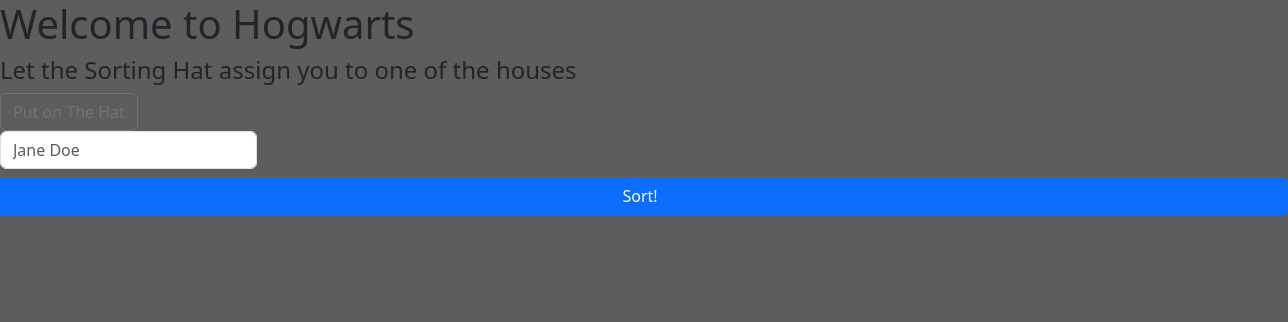
Repository: fernandabenavides618nash/INDIVIDUAL-PROJECT-sorting-hat
Page: index.html
The author's editor kept a copy of each file at every save. The page is drawn from the files as they stood at one save, then again after the next save.
The browser window is 1280 px wide. The page is 1288 px wide, then 1280 px, then 1288 px, so the pictures cover 1288 px, including what lies to the right of the window. The pictures show the whole page.
After loading, the first visible `#startButton` was clicked once.

Above is the page before, as saved 2023-05-03 20:49:07.

After the next save:
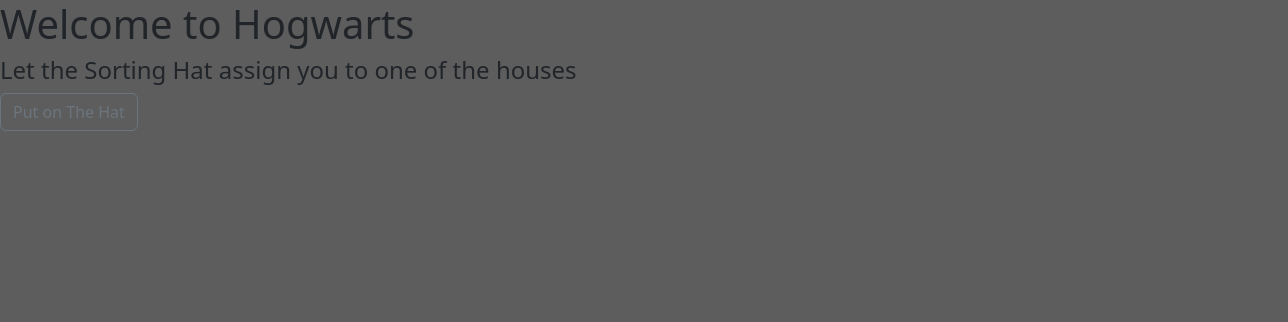
Console error: ReferenceError: enderToDom is not defined
Saved 117 s later.
--- a/main.js
+++ b/main.js
@@ -58,12 +58,13 @@
   renderToDom("#intro-screen", initialScreen);
   const showFormButton = document.querySelector("#startButton");
   showFormButton.addEventListener("click", () => {
-    const schoolString = `  <div class="students" id="students-div"><h3>Hogwarts</h3></div>
+    const schoolString = `<div class="students" id="students-div"><h3>Hogwarts</h3></div>
     <div class="expelled" id="expelled-div"><h3>Voldemorts</h3></div>`
+    enderToDom('#school-div', schoolString)
     renderToDom("#form-div", formHtml);
     const btnSort = document.querySelector('#sort')
     btnSort.addEventListener('click', () => {
-      renderToDom('#school-div', schoolString)
+      r
       const name = document.querySelector('#name').value
       createNewStudent(name)
     })

After the save that followed:
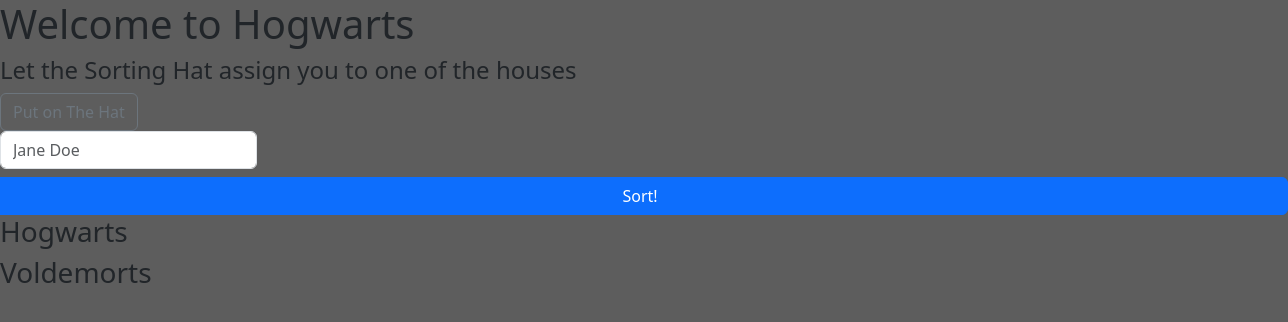
The error is gone.
Saved 95 s later.
--- a/main.js
+++ b/main.js
@@ -60,7 +60,7 @@
   showFormButton.addEventListener("click", () => {
     const schoolString = `<div class="students" id="students-div"><h3>Hogwarts</h3></div>
     <div class="expelled" id="expelled-div"><h3>Voldemorts</h3></div>`
-    enderToDom('#school-div', schoolString)
+    renderToDom('#school-div', schoolString)
     renderToDom("#form-div", formHtml);
     const btnSort = document.querySelector('#sort')
     btnSort.addEventListener('click', () => {
